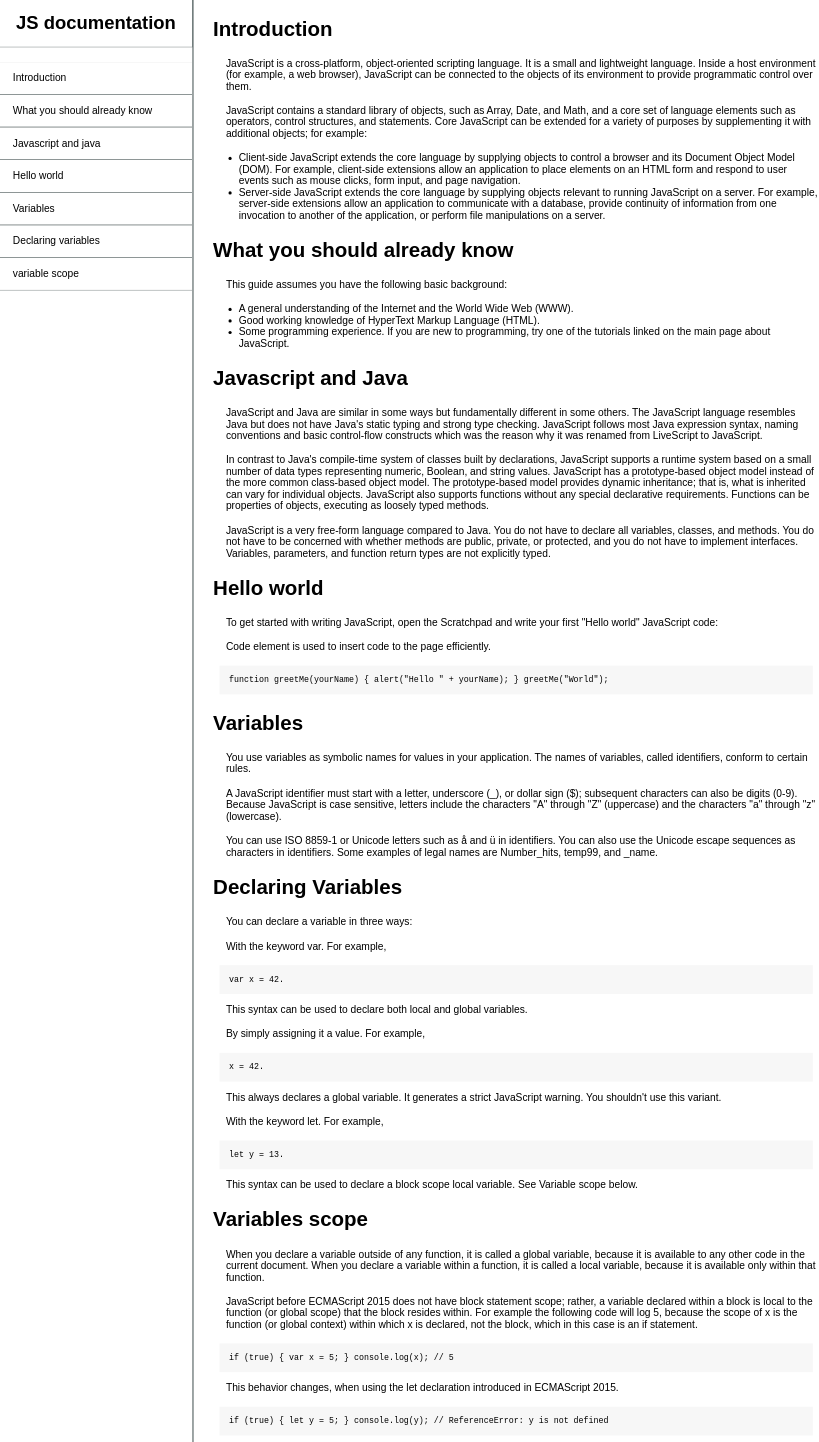
Repository: Pafestivo/Technical-documentation
Page: index.html
The author's editor kept a copy of each file at every save. The page is drawn from the files as they stood at one save, then again after the next save.
The browser window is 1280 px wide. The pictures show the whole page, at 64% of full size.

Above is the page before, as saved 2022-09-07 14:25:04.

### index.html
<!DOCTYPE html>
<html lang="en">
<head>
    <meta charset="UTF-8">
    <meta name="viewport" content="width=device-width, initial-scale=1.0">
    <link rel="stylesheet" href="styles.css">
    <title>Technical Documentation Page</title>
</head>
<body>
  <nav id="navbar">
    <header>
      <h1>JS documentation</h1>
    </header>
    <ul>
      <li><a id="nav-link" href="#introduction">Introduction</a></li>
      <li><a id="nav-link" href="#what_you_should_already_know">What you should already know</a></li>
      <li><a id="nav-link" href="#javascript_and_Java">Javascript and java</a></li>
      <li><a id="nav-link" href="#hello_world">Hello world</a></li>
      <li><a id="nav-link" href="#variables">Variables</a></li>
      <li><a id="nav-link" href="#declaring_variables">Declaring variables</a></li>
      <li><a id="nav-link" href="#variable_scope">variable scope</a></li>
    </ul>
  </nav>
  <main id="main-doc">
    <section id="introduction" class="main-section">
      <h1>Introduction</h1>

      <p>JavaScript is a cross-platform, object-oriented scripting language. It is a small and lightweight language. Inside a host environment (for example, a web browser), JavaScript can be connected to the objects of its environment to provide programmatic control over them.</p>

      <p>JavaScript contains a standard library of objects, such as Array, Date, and Math, and a core set of language elements such as operators, control structures, and statements. Core JavaScript can be extended for a variety of purposes by supplementing it with additional objects; for example:</p>

      <ul>
        <li>Client-side JavaScript extends the core language by supplying objects to control a browser and its Document Object Model (DOM). For example, client-side extensions allow an application to place elements on an HTML form and respond to user events such as mouse clicks, form input, and page navigation.</li>
        <li>Server-side JavaScript extends the core language by supplying objects relevant to running JavaScript on a server. For example, server-side extensions allow an application to communicate with a database, provide continuity of information from one invocation to another of the application, or perform file manipulations on a server.</li>
      </ul>
    </section>

    <section id="what_you_should_already_know" class="main-section">
        <h1>What you should already know</h1>

        <p>This guide assumes you have the following basic background:</p>

        <ul>
          <li>A general understanding of the Internet and the World Wide Web (WWW).</li>
          <li>Good working knowledge of HyperText Markup Language (HTML).</li>
          <li>Some programming experience. If you are new to programming, try one of the tutorials linked on the main page about JavaScript.</li>
        </ul>
      </section>

      <section id="javascript_and_Java" class="main-section">
        <h1>Javascript and Java</h1>

        <p>JavaScript and Java are similar in some ways but fundamentally different in some others. The JavaScript language resembles Java but does not have Java's static typing and strong type checking. JavaScript follows most Java expression syntax, naming conventions and basic control-flow constructs which was the reason why it was renamed from LiveScript to JavaScript.</p>

        <p>In contrast to Java's compile-time system of classes built by declarations, JavaScript supports a runtime system based on a small number of data types representing numeric, Boolean, and string values. JavaScript has a prototype-based object model instead of the more common class-based object model. The prototype-based model provides dynamic inheritance; that is, what is inherited can vary for individual objects. JavaScript also supports functions without any special declarative requirements. Functions can be properties of objects, executing as loosely typed methods.</p>

        <p>JavaScript is a very free-form language compared to Java. You do not have to declare all variables, classes, and methods. You do not have to be concerned with whether methods are public, private, or protected, and you do not have to implement interfaces. Variables, parameters, and function return types are not explicitly typed.</p>
      </section>

      <section id="hello_world" class="main-section">
        <h1>Hello world</h1>
        <p>To get started with writing JavaScript, open the Scratchpad and write your first "Hello world" JavaScript code:</p>

        <p>Code element is used to insert code to the page efficiently.</p>
        <code>
            function greetMe(yourName) { alert("Hello " + yourName); }
            greetMe("World");
        </code>
      </section>

      <section id="variables" class="main-section">
        <h1>Variables</h1>

        <p>You use variables as symbolic names for values in your application. The names of variables, called identifiers, conform to certain rules.</p>

        <p>A JavaScript identifier must start with a letter, underscore (_), or dollar sign ($); subsequent characters can also be digits (0-9). Because JavaScript is case sensitive, letters include the characters "A" through "Z" (uppercase) and the characters "a" through "z" (lowercase).</p>

        <p>You can use ISO 8859-1 or Unicode letters such as å and ü in identifiers. You can also use the Unicode escape sequences as characters in identifiers. Some examples of legal names are Number_hits, temp99, and _name.</p>
      </section>

      <section id="declaring_variables" class="main-section">
        <h1>Declaring Variables</h1>

        <p>You can declare a variable in three ways:</p>

        <p>With the keyword var. For example,</p>
        <code>
            var x = 42.
        </code>

        <p>This syntax can be used to declare both local and global variables.</p>

        <p>By simply assigning it a value. For example,</p>
        <code>
            x = 42.
        </code>

        <p>This always declares a global variable. It generates a strict JavaScript warning. You shouldn't use this variant.</p>

        <p>With the keyword let. For example,</p>
        <code>
            let y = 13.
        </code>

        <p>This syntax can be used to declare a block scope local variable. See Variable scope below.</p>
      </section>

      <section id="variable_scope" class="main-section">
        <h1>Variables scope</h1>

        <p>When you declare a variable outside of any function, it is called a global variable, because it is available to any other code in the current document. When you declare a variable within a function, it is called a local variable, because it is available only within that function.</p>

        <p>JavaScript before ECMAScript 2015 does not have block statement scope; rather, a variable declared within a block is local to the function (or global scope) that the block resides within. For example the following code will log 5, because the scope of x is the function (or global context) within which x is declared, not the block, which in this case is an if statement.</p>
        <code>
            if (true) { var x = 5; } console.log(x); // 5
        </code>

        <p>This behavior changes, when using the let declaration introduced in ECMAScript 2015.</p>
        <code>
            if (true) { let y = 5; } console.log(y); // ReferenceError: y is
not defined
        </code>
  </main>

</body>
</html>

### styles.css
html {
  box-sizing: border-box;
  scroll-behavior: smooth;
}

body {
  font-family: sans-serif;
  display: flex;
  padding: 0;
  margin: 0;
  min-width: 290px;
}

/* Navigation bar  */
#navbar {
  border-right: solid;
  border-color: rgba(0, 22, 22, 0.4);
  min-width: 300px;
}

#navbar header {
  margin: -1px;
}

#navbar header h1{
  margin-top: 0;
  padding: 20px;
  font-size: 1.8rem;
  border: 1px solid rgba(0, 22, 22, 0.4);
  text-align: center;
}

#navbar ul {
  list-style: none;
  height: 90%;
  margin: 0;
  padding: 0;
  overflow-y: auto;
  overflow-x: hidden;
}

#navbar ul li {
  margin: -1px;
}

#navbar ul a {
  /* used flex to align the text vertically. */
  display: flex;
  align-items: center;
  text-decoration: none;
  color: #000;
  height: 50px;
  padding-left: 20px;
  border: 1px solid rgba(0, 22, 22, 0.4);
}

#navbar ul a:hover {
  transform: scale(1.01);
  border-color: transparent;
}

/* 800px media query */
@media (max-width: 800px) {
  body {
    display: block;
  }

  #navbar {
    height: 300px;
    overflow: hidden;
  }

  #navbar ul {
    width: 80%;
    margin: 0 auto;
  }

  #navbar h1 {
    width: 50%;
    background-color: purple;
    margin-left: 20px;
  }
}
/* end of 800px media query. */
/* Navigation bar end  */

/* Main area */
#main-doc {
  margin-left: 30px;
}

#main-doc h1 {
  font-size: 2rem;
}

p {
  margin-bottom: 20px;
  margin-left: 20px;
}

code {
  display: block;
  background-color: #f7f7f7;
  padding: 15px;
  margin: 10px;
}
/* Main area end */

After the next save:
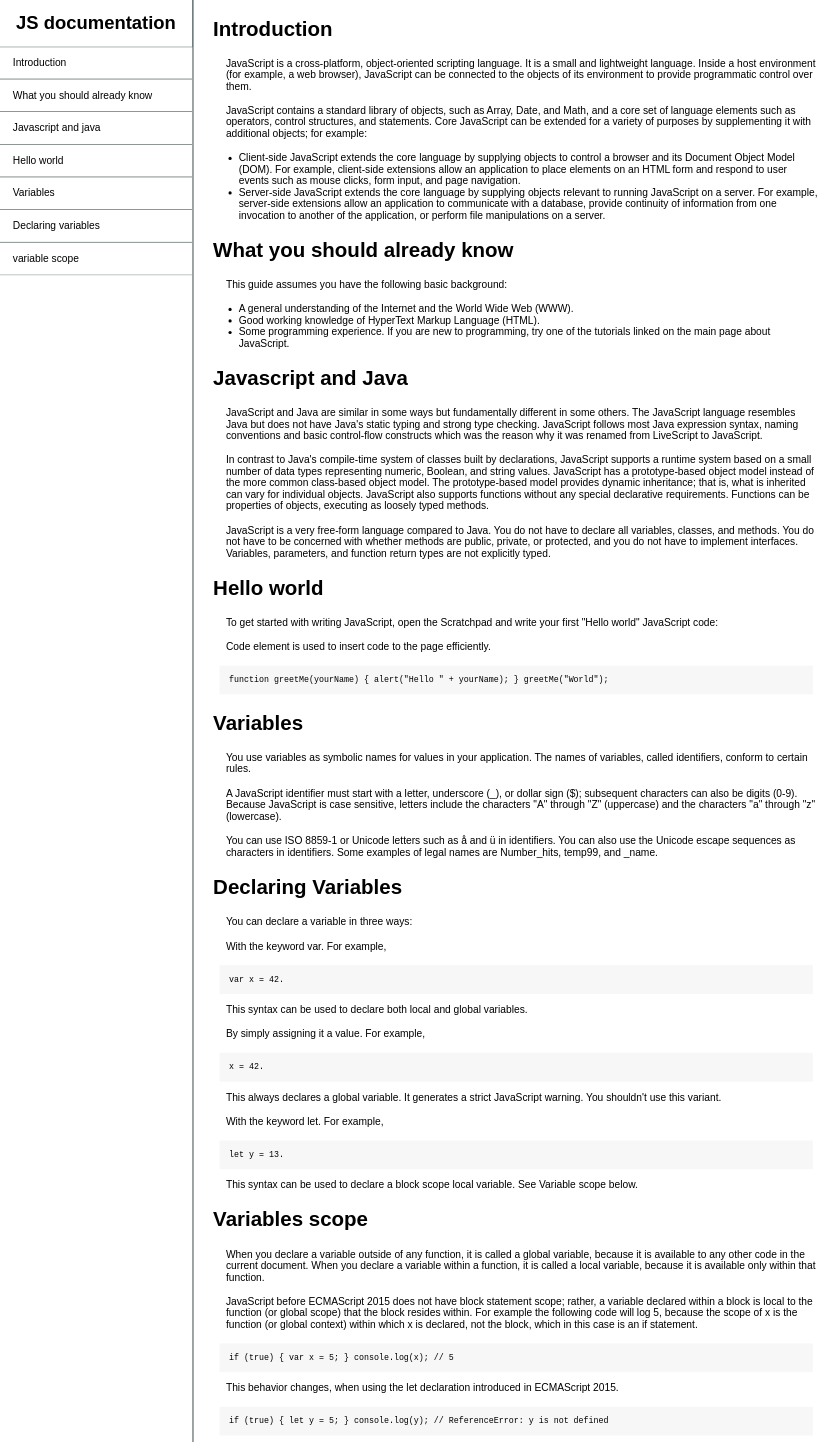
Saved 6 s later.
--- a/styles.css
+++ b/styles.css
@@ -24,6 +24,7 @@ body {
 
 #navbar header h1{
   margin-top: 0;
+  margin-bottom: 0;
   padding: 20px;
   font-size: 1.8rem;
   border: 1px solid rgba(0, 22, 22, 0.4);
